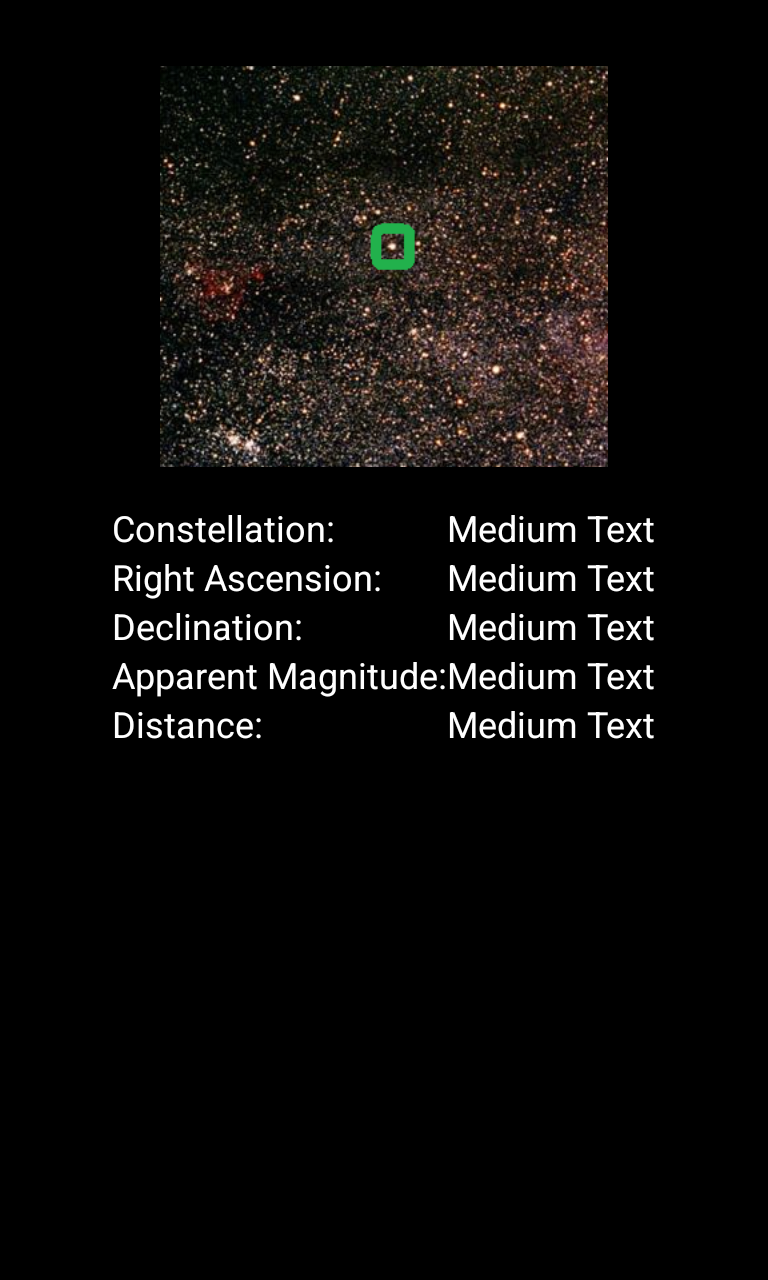
Repository: MoffMade/CSCE315-Android-App
Layout: Constellation Explorer Eclipse Project/Constellation Explorer/res/layout/activity_star_data.xml
An editor plug-in stored every save of this project. The layout is shown before and after the next save, followed by the edit.
It is drawn on a 768 x 1280 px phone screen (xhdpi) without system bars, with theme AppTheme; the app's code is not run.

Above is the layout before, as saved 2013-11-12 03:34:40.

### Constellation Explorer Eclipse Project/Constellation Explorer/res/layout/activity_star_data.xml
<RelativeLayout xmlns:android="http://schemas.android.com/apk/res/android"
    xmlns:tools="http://schemas.android.com/tools"
    android:layout_width="match_parent"
    android:layout_height="match_parent"
    android:background="@color/black"
    android:paddingBottom="@dimen/activity_vertical_margin"
    android:paddingLeft="@dimen/activity_horizontal_margin"
    android:paddingRight="@dimen/activity_horizontal_margin"
    android:paddingTop="@dimen/activity_vertical_margin"
    tools:context=".StarDataActivity" >

    <TableLayout
        android:id="@+id/TableLayout1"
        android:layout_width="wrap_content"
        android:layout_height="wrap_content"
        android:layout_below="@+id/imageView1"
        android:layout_centerHorizontal="true"
        android:layout_marginTop="18dp" >

        <TableRow
            android:id="@+id/tableRow1"
            android:layout_width="wrap_content"
            android:layout_height="wrap_content" >

            <TextView
                android:id="@+id/textView1"
                android:layout_width="wrap_content"
                android:layout_height="wrap_content"
                android:text="@string/constellation"
                android:textAppearance="?android:attr/textAppearanceMedium"
                android:textColor="@color/main_menu_text_color" />

            <TextView
                android:id="@+id/textView6"
                android:layout_width="wrap_content"
                android:layout_height="wrap_content"
                android:text="Medium Text"
                android:textAppearance="?android:attr/textAppearanceMedium"
                android:textColor="@color/main_menu_text_color" />

        </TableRow>

        <TableRow
            android:id="@+id/tableRow2"
            android:layout_width="wrap_content"
            android:layout_height="wrap_content" >

            <TextView
                android:id="@+id/textView2"
                android:layout_width="wrap_content"
                android:layout_height="wrap_content"
                android:text="@string/right_ascension"
                android:textAppearance="?android:attr/textAppearanceMedium"
                android:textColor="@color/main_menu_text_color" />

            <TextView
                android:id="@+id/textView7"
                android:layout_width="wrap_content"
                android:layout_height="wrap_content"
                android:text="Medium Text"
                android:textAppearance="?android:attr/textAppearanceMedium"
                android:textColor="@color/main_menu_text_color" />

        </TableRow>

        <TableRow
            android:id="@+id/tableRow3"
            android:layout_width="wrap_content"
            android:layout_height="wrap_content" >

            <TextView
                android:id="@+id/textView3"
                android:layout_width="wrap_content"
                android:layout_height="wrap_content"
                android:text="@string/declination"
                android:textAppearance="?android:attr/textAppearanceMedium"
                android:textColor="@color/main_menu_text_color" />

            <TextView
                android:id="@+id/textView8"
                android:layout_width="wrap_content"
                android:layout_height="wrap_content"
                android:text="Medium Text"
                android:textAppearance="?android:attr/textAppearanceMedium"
                android:textColor="@color/main_menu_text_color" />

        </TableRow>

        <TableRow
            android:id="@+id/tableRow4"
            android:layout_width="wrap_content"
            android:layout_height="wrap_content" >

            <TextView
                android:id="@+id/textView4"
                android:layout_width="wrap_content"
                android:layout_height="wrap_content"
                android:text="@string/magnitude"
                android:textAppearance="?android:attr/textAppearanceMedium"
                android:textColor="@color/main_menu_text_color" />

            <TextView
                android:id="@+id/textView9"
                android:layout_width="wrap_content"
                android:layout_height="wrap_content"
                android:text="Medium Text"
                android:textAppearance="?android:attr/textAppearanceMedium"
                android:textColor="@color/main_menu_text_color" />

        </TableRow>

        <TableRow
            android:id="@+id/tableRow5"
            android:layout_width="wrap_content"
            android:layout_height="wrap_content" >

            <TextView
                android:id="@+id/textView5"
                android:layout_width="wrap_content"
                android:layout_height="wrap_content"
                android:text="@string/distance"
                android:textAppearance="?android:attr/textAppearanceMedium"
                android:textColor="@color/main_menu_text_color" />

            <TextView
                android:id="@+id/textView10"
                android:layout_width="wrap_content"
                android:layout_height="wrap_content"
                android:text="Medium Text"
                android:textAppearance="?android:attr/textAppearanceMedium"
                android:textColor="@color/main_menu_text_color" />

        </TableRow>
    </TableLayout>

    <ImageView
        android:id="@+id/imageView1"
        android:layout_width="wrap_content"
        android:layout_height="wrap_content"
        android:layout_alignParentTop="true"
        android:layout_centerHorizontal="true"
        android:layout_marginTop="17dp"
        android:src="@drawable/segin_star" />

</RelativeLayout>

### Constellation Explorer Eclipse Project/Constellation Explorer/res/values/styles.xml
<resources>

    <!--
        Base application theme, dependent on API level. This theme is replaced
        by AppBaseTheme from res/values-vXX/styles.xml on newer devices.
    -->
    <style name="AppBaseTheme" parent="android:Theme.Light">
        <!--
            Theme customizations available in newer API levels can go in
            res/values-vXX/styles.xml, while customizations related to
            backward-compatibility can go here.
        -->
    </style>

    <!-- Application theme. -->
    <style name="AppTheme" parent="AppBaseTheme">
        <!-- All customizations that are NOT specific to a particular API-level can go here. -->
    </style>
    <color name="main_menu_text_color">#FFFFFF</color>
	<color name="black">#000000</color>
    <style name="load_game_spinner_theme" parent="@android:Theme">
        <item name="android:spinnerItemStyle">@style/SpinnerItem</item>
    </style>

    <style name="SpinnerItem" parent="@android:style/Widget.TextView.SpinnerItem">
        <item name="android:textColor">#FFFFFF</item>
    </style>


</resources>

### Constellation Explorer Eclipse Project/Constellation Explorer/res/values/strings.xml
<?xml version="1.0" encoding="utf-8"?>
<resources>

    <string name="app_name">Constellation Explorer</string>
    <string name="action_settings">Settings</string>
    <string name="new_game_button">Start New Game</string>
    <string name="load_game_button">Load Game</string>
    <string name="help_button">Help</string>
    <string name="help_return_button">Back to Main Menu</string>
    <string name="title_activity_load_game">Load Game</string>

    <string-array name="saved_game_list">
        <item>Game 1</item>
        <item>Game 2</item>
        <item>Game 3</item>
    </string-array>

    <string name="help_text">TEST TEXT FOR HELP MENU\n\n*Use Buttons to navigate\n\n\nAuthors: CSCE315 Team E</string>
    <string name="title_activity_help">Help</string>
    <string name="load_game_helper_text">Tap to select the Game you wish to load:</string>
    <string name="load_game_back">Go Back to Main Menu</string>
    <string name="load_game_select">Start Selected Game</string>
    <string name="title_activity_star_map">Star Map</string>
    <string name="hello_world">Hello world!</string>
    <string name="title_activity_game">Game</string>
    <string name="title_activity_star_data">Star Data</string>
    <string name="quit_button">Quit to Menu</string>
    <string name="save_button">Save Progress</string>
    <string name="move_left_button">Move Left!</string>
    <string name="move_right_button">Move Right!</string>
	<string name="constellation">Constellation: </string>
	<string name="right_ascension">Right Ascension: </string>
	<string name="declination">Declination: </string>
	<string name="magnitude">Apparent Magnitude: </string>
	<string name="distance">Distance: </string>
</resources>

Loaded but not shown: Constellation Explorer Eclipse Project/Constellation Explorer/res/values-v11/styles.xml (common file); Constellation Explorer Eclipse Project/Constellation Explorer/res/values-v14/styles.xml (common file); Constellation Explorer Eclipse Project/Constellation Explorer/res/values/dimens.xml (common file)

After the next save:
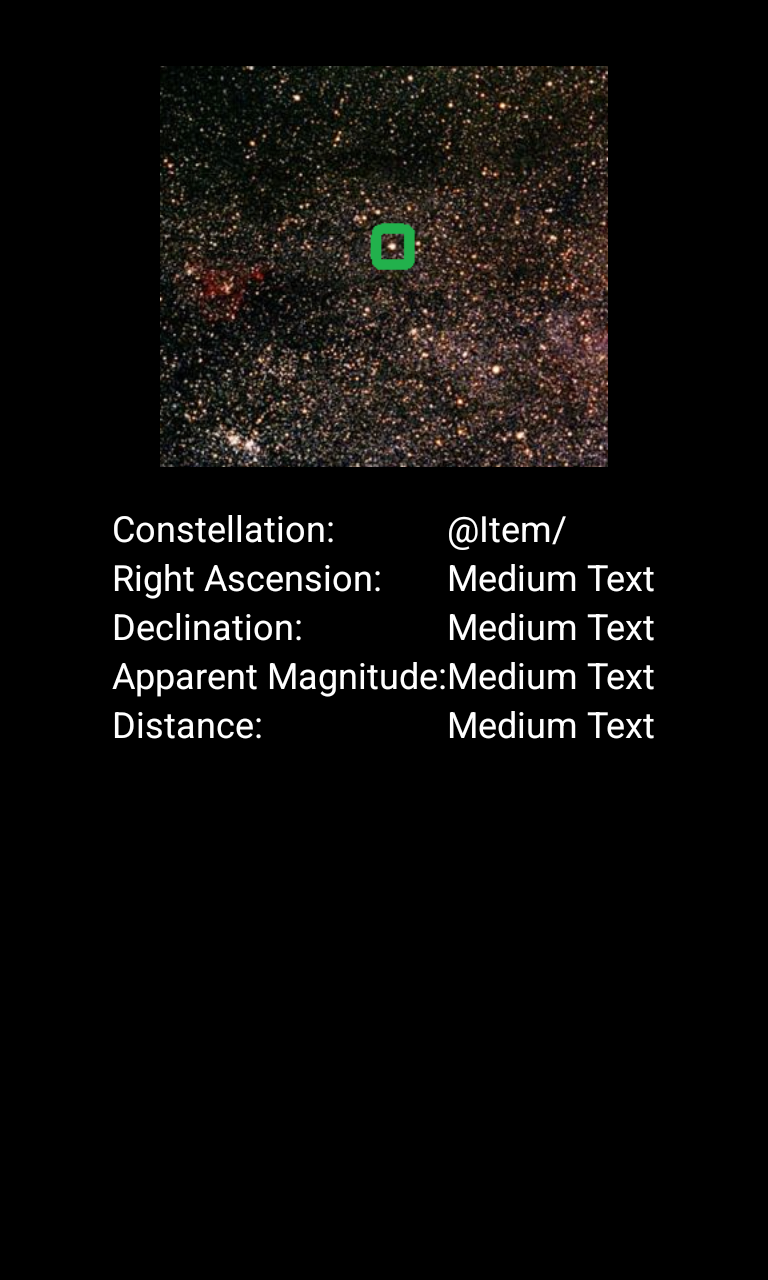
Saved 1 s later.
--- a/Constellation Explorer Eclipse Project/Constellation Explorer/res/layout/activity_star_data.xml
+++ b/Constellation Explorer Eclipse Project/Constellation Explorer/res/layout/activity_star_data.xml
@@ -34,7 +34,7 @@
                 android:id="@+id/textView6"
                 android:layout_width="wrap_content"
                 android:layout_height="wrap_content"
-                android:text="Medium Text"
+                android:text="@Item/"
                 android:textAppearance="?android:attr/textAppearanceMedium"
                 android:textColor="@color/main_menu_text_color" />
 
